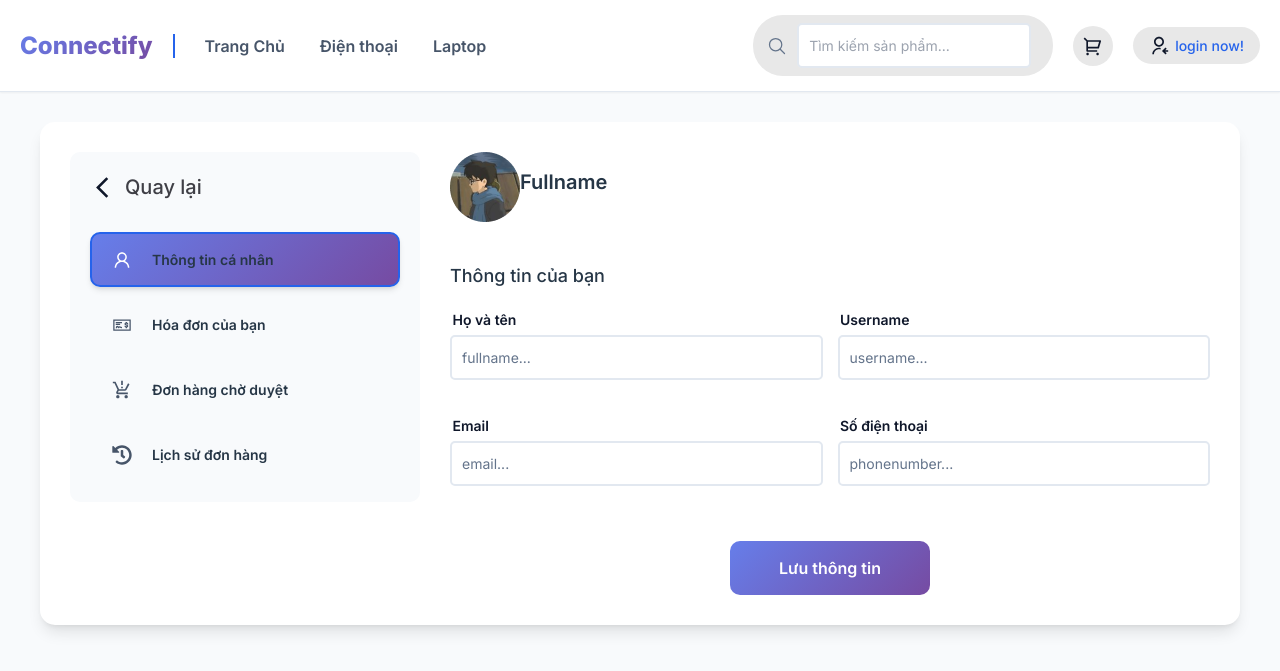
Repository: tvbacs/JavaWebProjectUI
Page: /profile
These files come from the project's save history. The page is drawn as it stood at one moment and after the next save; the edit follows.
The browser window is 1280 px wide. The pictures show the whole page.
An inner scrolling area shows only its first screen. The project was rebuilt for these pictures with package versions that can differ from the ones it lists, and the page was loaded fresh each time. Also part of the build but not shown: src/pages/Auth/Login/index.js, src/pages/HomePage/HomePage.module.scss, src/components/Item/Item.module.scss, src/components/Item/index.js, src/components/Scroll/Scroll.module.scss, src/components/Scroll/index.js, src/pages/HomePage/index.js, src/pages/LaptopPage/LaptopPage.module.scss and 46 more.

Above is the page before, as saved 2025-05-25 06:16:52.

### src/Globals/GlobalStyles/GlobalStyles.scss
@import 'normalize.css';
@import url('https://fonts.googleapis.com/css2?family=Inter:wght@300;400;500;600;700;800&display=swap');

:root{
    // User Theme Colors
    --primary: #2563eb;
    --primary-dark: #1d4ed8;
    --primary-light: #3b82f6;
    --secondary: #64748b;
    --accent: #f59e0b;
    --success: #10b981;
    --warning: #f59e0b;
    --error: #ef4444;

    // Background Colors
    --bg-primary: #ffffff;
    --bg-secondary: #f8fafc;
    --bg-tertiary: #f1f5f9;
    --bg-gradient: linear-gradient(135deg, #667eea 0%, #764ba2 100%);
    --bg-gradient-light: linear-gradient(135deg, #f8fafc 0%, #e2e8f0 100%);

    // Text Colors
    --text-primary: #0f172a;
    --text-secondary: #475569;
    --text-tertiary: #64748b;
    --text-light: #94a3b8;

    // Border Colors
    --border-primary: #e2e8f0;
    --border-secondary: #cbd5e1;
    --border-focus: #3b82f6;

    // Shadow
    --shadow-sm: 0 1px 2px 0 rgb(0 0 0 / 0.05);
    --shadow-md: 0 4px 6px -1px rgb(0 0 0 / 0.1), 0 2px 4px -2px rgb(0 0 0 / 0.1);
    --shadow-lg: 0 10px 15px -3px rgb(0 0 0 / 0.1), 0 4px 6px -4px rgb(0 0 0 / 0.1);
    --shadow-xl: 0 20px 25px -5px rgb(0 0 0 / 0.1), 0 8px 10px -6px rgb(0 0 0 / 0.1);

    // Spacing
    --spacing-xs: 0.25rem;
    --spacing-sm: 0.5rem;
    --spacing-md: 1rem;
    --spacing-lg: 1.5rem;
    --spacing-xl: 2rem;
    --spacing-2xl: 3rem;

    // Border Radius
    --radius-sm: 0.375rem;
    --radius-md: 0.5rem;
    --radius-lg: 0.75rem;
    --radius-xl: 1rem;
    --radius-2xl: 1.5rem;

    // Legacy (for backward compatibility)
    --bgc: #F6F6F8;
    --gray50: #64748b;
    --gray85: #475569;
}
*{
    box-sizing: border-box;
}

html{
    font-size: 62.5%;
    scroll-behavior: smooth;
}

body{
    font-family: 'Inter', -apple-system, BlinkMacSystemFont, 'Segoe UI', sans-serif;
    font-size: 1.6rem;
    line-height: 1.6;
    color: var(--text-primary);
    background-color: var(--bg-secondary);
    text-rendering: optimizeLegibility;
    -webkit-font-smoothing: antialiased;
    -moz-osx-font-smoothing: grayscale;
}
@tailwind base;
@tailwind components;
@tailwind utilities;
// Modern Mixins
@mixin input(){
    border: 2px solid var(--border-primary);
    outline: none;
    background-color: var(--bg-primary);
    border-radius: var(--radius-md);
    padding: var(--spacing-md);
    font-size: 1.4rem;
    transition: all 0.2s ease;

    &:focus {
        border-color: var(--border-focus);
        box-shadow: 0 0 0 3px rgb(59 130 246 / 0.1);
    }
}

@mixin flex-center(){
    display: flex;
    justify-content: center;
    align-items: center;
}

@mixin button(){
    border: none;
    outline: none;
    cursor: pointer;
    border-radius: var(--radius-md);
    padding: var(--spacing-md) var(--spacing-lg);
    font-weight: 500;
    transition: all 0.2s ease;

    &:hover {
        transform: translateY(-1px);
    }

    &:active {
        transform: translateY(0);
    }
}

@mixin button-primary(){
    @include button();
    background: var(--primary);
    color: white;

    &:hover {
        background: var(--primary-dark);
        box-shadow: var(--shadow-md);
    }
}

@mixin button-secondary(){
    @include button();
    background: var(--bg-primary);
    color: var(--text-primary);
    border: 2px solid var(--border-primary);

    &:hover {
        border-color: var(--primary);
        color: var(--primary);
    }
}

@mixin card(){
    background: var(--bg-primary);
    border-radius: var(--radius-xl);
    box-shadow: var(--shadow-md);
    border: 1px solid var(--border-primary);
    transition: all 0.3s ease;

    &:hover {
        box-shadow: var(--shadow-lg);
        transform: translateY(-2px);
    }
}

@mixin a(){
    text-decoration: none;
    color: var(--text-primary);
    transition: color 0.2s ease;

    &:hover {
        color: var(--primary);
    }
}

### src/pages/Auth/Auth.module.scss
.wrapper{
    width: 100vw;
    height: 100vh;
    background: var(--bg-gradient);
    display: flex;
    justify-content: center;
    align-items: center;
    padding: var(--spacing-xl);
    position: relative;

    &::before {
        content: '';
        position: absolute;
        top: 0;
        left: 0;
        right: 0;
        bottom: 0;
        background: radial-gradient(circle at 20% 80%, rgba(120, 119, 198, 0.3) 0%, transparent 50%),
                    radial-gradient(circle at 80% 20%, rgba(255, 255, 255, 0.15) 0%, transparent 50%);
        pointer-events: none;
    }
}

.content{
    width: 450px;
    max-width: 100%;
    background: var(--bg-primary);
    border-radius: var(--radius-2xl);
    padding: var(--spacing-2xl);
    box-shadow: var(--shadow-xl);
    backdrop-filter: blur(20px);
    border: 1px solid rgba(255, 255, 255, 0.2);
    position: relative;
    z-index: 1;

    > h1{
        font-size: 3.2rem;
        font-weight: 800;
        color: var(--text-primary);
        text-align: center;
        margin-bottom: var(--spacing-sm);
        background: var(--bg-gradient);
        -webkit-background-clip: text;
        -webkit-text-fill-color: transparent;
        background-clip: text;
    }

    > span{
        font-size: 1.6rem;
        color: var(--text-secondary);
        margin-bottom: var(--spacing-2xl);
        display: block;
        text-align: center;
        line-height: 1.6;
        font-weight: 400;
    }
}

form{
    width: 100%;
    display: flex;
    flex-direction: column;
    gap: var(--spacing-lg);
}

.form-group{
    display: flex;
    align-items: center;
    border-radius: var(--radius-xl);
    border: 2px solid var(--border-primary);
    padding: var(--spacing-sm);
    background: var(--bg-secondary);
    transition: all 0.3s ease;

    &:focus-within {
        border-color: var(--primary);
        background: var(--bg-primary);
        box-shadow: 0 0 0 3px rgba(37, 99, 235, 0.1);
        transform: translateY(-1px);
    }

    &-icon{
        width: 45px;
        height: 45px;
        border-radius: var(--radius-lg);
        background: var(--bg-gradient);
        display: flex;
        justify-content: center;
        align-items: center;
        color: white;
        margin-right: var(--spacing-md);
        font-size: 1.8rem;
    }
}

.form-input{
    border: none;
    outline: none;
    background: transparent;
    flex: 1;
    padding: var(--spacing-md) var(--spacing-sm);
    font-size: 1.6rem;
    color: var(--text-primary);

    &::placeholder {
        color: var(--text-tertiary);
        font-weight: 400;
    }
}

.btn-submit{
    border: none;
    outline: none;
    cursor: pointer;
    width: 100%;
    height: 55px;
    font-size: 1.6rem;
    font-weight: 600;
    margin-top: var(--spacing-md);
    border-radius: var(--radius-xl);
    background: var(--bg-gradient);
    color: white;
    position: relative;
    overflow: hidden;
    transition: all 0.3s ease;

    &::before {
        content: '';
        position: absolute;
        top: 0;
        left: -100%;
        width: 100%;
        height: 100%;
        background: linear-gradient(90deg, transparent, rgba(255,255,255,0.2), transparent);
        transition: left 0.5s;
    }

    &:hover::before {
        left: 100%;
    }

    &:hover {
        transform: translateY(-2px);
        box-shadow: 0 10px 25px rgba(37, 99, 235, 0.3);
    }
}

.btn-switch{
    display: block;
    text-align: center;
    margin: var(--spacing-xl) auto 0;
    font-size: 1.6rem;
    font-weight: 500;
    color: var(--text-secondary);
    text-decoration: none;
    transition: all 0.3s ease;
    padding: var(--spacing-sm);
    border-radius: var(--radius-md);

    &:hover{
        color: var(--primary);
        background: rgba(37, 99, 235, 0.05);
        transform: translateY(-1px);
    }
}

// Responsive design
@media (max-width: 768px) {
    .wrapper {
        padding: var(--spacing-md);
    }

    .content {
        width: 100%;
        padding: var(--spacing-xl);

        > h1 {
            font-size: 2.8rem;
        }

        > span {
            font-size: 1.4rem;
        }
    }

    .form-group {
        padding: var(--spacing-xs);

        &-icon {
            width: 40px;
            height: 40px;
            font-size: 1.6rem;
        }
    }

    .form-input {
        font-size: 1.4rem;
        padding: var(--spacing-sm);
    }

    .btn-submit {
        height: 50px;
        font-size: 1.4rem;
    }
}

### src/layout/OnlyHeaderLayout/OnlyHeaderLayout.module.scss

.wrapper{
    background: var(--bg-secondary);
    min-height: 100vh;
    display: flex;
    flex-direction: column;
}

.content{
    flex: 1;
    padding: 0 var(--spacing-xl) var(--spacing-xl);
    overflow-y: auto;
    scroll-behavior: smooth;

    &::-webkit-scrollbar{
        display: none;
    }

    // Firefox
    scrollbar-width: none;
}

.body{
    flex: 1;
    display: flex;
    flex-direction: column;
    overflow-y: auto;
    padding-top: var(--spacing-md);

    &::-webkit-scrollbar{
        display: none;
    }

    // Firefox
    scrollbar-width: none;
}

// Responsive design
@media (max-width: 768px) {
    .content {
        padding: 0 var(--spacing-md) var(--spacing-md);
    }
}

### src/components/Header/Header.module.scss
@import  "../../Globals/GlobalStyles/GlobalStyles.scss";

.wrapper{
    padding: var(--spacing-lg) var(--spacing-xl);
    background: var(--bg-primary);
    border-bottom: 1px solid var(--border-primary);
    box-shadow: var(--shadow-sm);
    position: sticky;
    top: 0;
    z-index: 100;
    backdrop-filter: blur(10px);
}

.logo{
    color: var(--primary);
    font-size: 2.4rem;
    font-weight: 800;
    font-family: 'Inter', sans-serif;
    background: var(--bg-gradient);
    -webkit-background-clip: text;
    -webkit-text-fill-color: transparent;
    background-clip: text;
    cursor: pointer;
    transition: all 0.3s ease;

    &:hover {
        transform: scale(1.05);
    }
}

.nav{
    padding-left: var(--spacing-xl);
    margin-left: var(--spacing-xl);
    border-left: 2px solid var(--primary);
    display: flex;
    align-items: center;
    gap: var(--spacing-lg);

    &-item{
        font-size: 1.6rem;
        font-weight: 600;
        cursor: pointer;
        color: var(--text-secondary);
        transition: all 0.3s ease;

        &:hover {
            color: var(--primary);
            transform: translateY(-1px);
        }
    }
}

.nav-link {
    position: relative;
    padding: var(--spacing-sm) var(--spacing-md);
    border-radius: var(--radius-lg);
    transition: all 0.3s ease;
    text-decoration: none;
    color: inherit;

    &:hover {
        background: rgba(37, 99, 235, 0.1);
        color: var(--primary);
    }

    &.active {
        background: var(--bg-gradient);
        color: white;
        box-shadow: var(--shadow-md);

        &::before {
            display: none;
        }
    }
}

.search{
    min-width: 300px;
    max-width: 350px;
    border-radius: 30px;
    padding:8px 14px;
    background-color: #E8E8E8;
    &-icon{
        font-size: 20px;
        color:var(--gray50);
    }
    &-input{
        @include input();
        font-size: 14px;
        color:var(--primary);
        margin-left: 10px;
    }
}
.cart{
    width: 40px;
    height: 40px;
    border-radius: 50%;
    background-color: #E8E8E8;
    padding:5px;
    @include flex-center();
    margin:0 20px;
    cursor:pointer;
}
.cart:hover{
    box-shadow: 0 0 2px rgba(0,0,0,0.5);
}

.btn-login{
    display:flex;
    align-items: center;
    padding:8px 16px;
    background-color: #E8E8E8;
    border-radius: 20px;

}
.btn-menu{
  width: 40px;
  height: 40px;
  border-radius: 50%;
      background-color: #E8E8E8;
  @include flex-center;
}
.btn-login:hover{
        box-shadow: 0 0 2px rgba(0,0,0,0.5);

}
.btn-login-title {
    color:var(--primary);
    font-weight: 500;
}

@media screen and (max-width: 639px) {
  .wrapper{
    padding:10px;
  }
  .logo{
    font-size: 20px;
  }
  .search{
    min-width: 170px;
  }
  .cart{
    margin:0 5px;
  }
  .btn-login{
    display:none;
  }
  .search-input{
    font-size: 10px;
  }
  .avt-auth{
    display:none;
  }
}

.user-menu {
  display: flex;
  align-items: center;
  gap: 12px;
}

.admin-link {
  background: linear-gradient(135deg, #667eea 0%, #764ba2 100%);
  color: white;
  padding: 6px 12px;
  border-radius: 20px;
  text-decoration: none;
  font-size: 12px;
  font-weight: 600;
  transition: all 0.3s ease;

  &:hover {
    transform: translateY(-1px);
    box-shadow: 0 4px 12px rgba(102, 126, 234, 0.3);
  }
}

@media screen and (min-width: 640px) and (max-width: 1023px) {
  .btn-menu{
    margin-left: 20px;
  }
}

### src/components/Footer/Footer.module.scss
@import url('https://fonts.googleapis.com/css2?family=Roboto&display=swap');
.wrapper{
    width: 100%;
    padding:20px 30px;
    background-color: var(--primary);
}
.content{
    width: 100%;
    height:100%;
    display: flex;
    align-items: start;
    justify-content: space-between;
    flex-wrap: wrap;
}
.list{
    list-style-type: none;
    .title-small{
        color:white;
        font-size: 16px;
        font-weight:500;
    }
}

.title{
    color:white;
    font-weight: 900;
    font-size: 26px !important;
}
.item{
    color:white;
  font-family: 'Roboto', sans-serif;
    font-weight:100;
    cursor:pointer;
}
.item:hover{
    border-bottom: 1px solid white;
}
.input{
    width: 100%;
    border-radius: 20px;
    background-color: white;
    padding:6px 12px;
    margin:10px 0;
    display:flex;
    align-items: center;

    input{
        font-size: 14px;
        flex:1;
        outline: none;
        padding-left: 6px;
    }
    span{
    font-size: 14px;
    font-weight: 600;
    cursor:pointer;
    }
}
.social{
    width: 36px;
    height: 26px;
    border-radius: 4px;
    background-color: white;
    display:flex;
    justify-content: center;
    align-items: center;
    margin-right: 10px;
    cursor:pointer;
}
.icon-fb{
    color:blue;
    font-size: 20px;
}
.icon-tiktok{
    font-size: 20px;
}

Loaded but not shown: public/index.html (common file); tailwind.config.js (common file); src/pages/Profile/index.js (283 lines, source omitted); src/components/Header/index.js (144 lines, source omitted); src/utils/formatPrice.js (88 lines, source omitted); src/App.js (101 lines, source omitted); src/routes/index.js (50 lines, source omitted); src/services/authService.js (92 lines, source omitted); src/services/electronicService.js (61 lines, source omitted); src/services/invoiceService.js (57 lines, source omitted); src/contexts/UserContext.js (29 lines, source omitted); src/layout/OnlyHeaderLayout/index.js (22 lines, source omitted); src/utils/request.js (21 lines, source omitted); src/index.js (17 lines, source omitted); src/Globals/GlobalStyles/index.js (8 lines, source omitted); src/pages/Profile/Profile.module.scss (419 lines, source omitted)

After the next save:
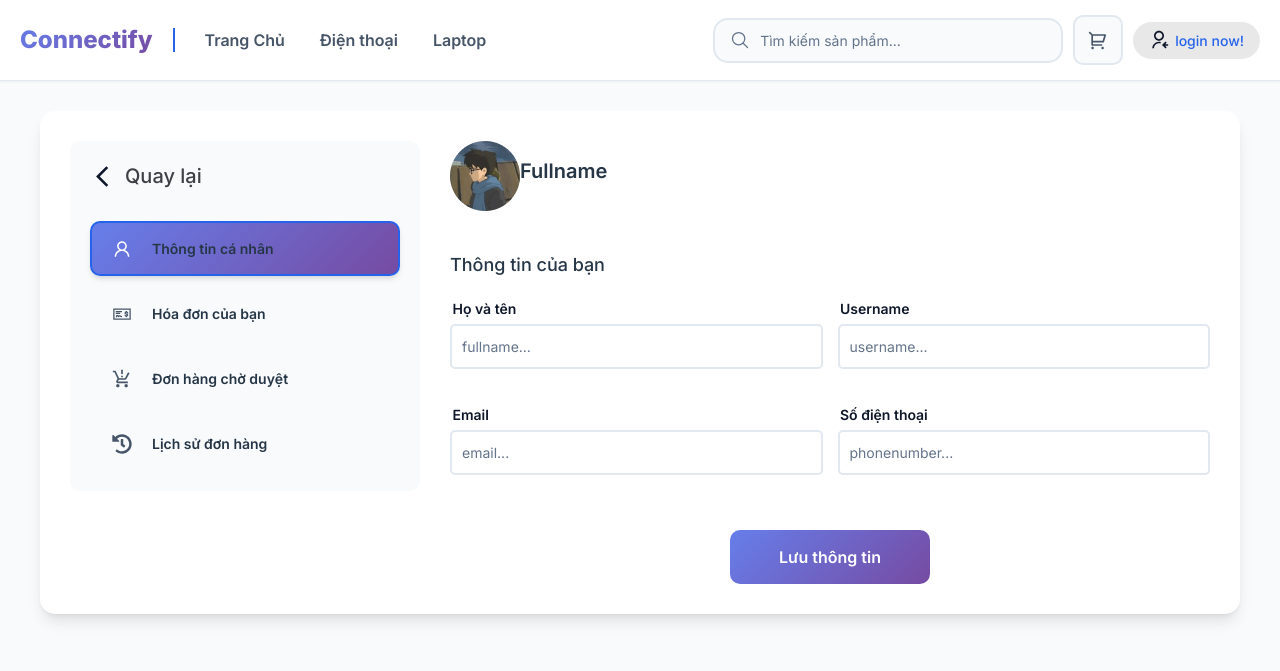
Saved 24 s later.
--- a/src/components/Header/Header.module.scss
+++ b/src/components/Header/Header.module.scss
@@ -75,34 +75,102 @@
 }
 
 .search{
-    min-width: 300px;
-    max-width: 350px;
-    border-radius: 30px;
-    padding:8px 14px;
-    background-color: #E8E8E8;
+    min-width: 350px;
+    max-width: 450px;
+    border-radius: var(--radius-2xl);
+    padding: var(--spacing-md) var(--spacing-lg);
+    background: var(--bg-secondary);
+    border: 2px solid var(--border-primary);
+    display: flex;
+    align-items: center;
+    gap: var(--spacing-md);
+    transition: all 0.3s ease;
+
+    &:focus-within {
+        border-color: var(--primary);
+        background: var(--bg-primary);
+        box-shadow: 0 0 0 3px rgba(37, 99, 235, 0.1);
+        transform: translateY(-1px);
+    }
+
     &-icon{
-        font-size: 20px;
-        color:var(--gray50);
-    }
+        font-size: 2rem;
+        color: var(--text-tertiary);
+        transition: color 0.3s ease;
+    }
+
+    &:focus-within &-icon {
+        color: var(--primary);
+    }
+
     &-input{
-        @include input();
-        font-size: 14px;
-        color:var(--primary);
-        margin-left: 10px;
-    }
-}
+        border: none;
+        outline: none;
+        background: transparent;
+        flex: 1;
+        font-size: 1.4rem;
+        color: var(--text-primary);
+
+        &::placeholder {
+            color: var(--text-tertiary);
+        }
+    }
+}
+
 .cart{
-    width: 40px;
-    height: 40px;
-    border-radius: 50%;
-    background-color: #E8E8E8;
-    padding:5px;
-    @include flex-center();
-    margin:0 20px;
-    cursor:pointer;
-}
-.cart:hover{
-    box-shadow: 0 0 2px rgba(0,0,0,0.5);
+    width: 50px;
+    height: 50px;
+    border-radius: var(--radius-xl);
+    background: var(--bg-secondary);
+    border: 2px solid var(--border-primary);
+    display: flex;
+    justify-content: center;
+    align-items: center;
+    margin: 0 var(--spacing-md);
+    cursor: pointer;
+    transition: all 0.3s ease;
+    position: relative;
+
+    svg {
+        font-size: 2rem;
+        color: var(--text-secondary);
+        transition: color 0.3s ease;
+    }
+
+    &:hover {
+        background: var(--primary);
+        border-color: var(--primary);
+        transform: translateY(-2px);
+        box-shadow: var(--shadow-md);
+
+        svg {
+            color: white;
+        }
+    }
+
+    // Cart badge
+    &::after {
+        content: attr(data-count);
+        position: absolute;
+        top: -8px;
+        right: -8px;
+        background: var(--error);
+        color: white;
+        border-radius: 50%;
+        width: 20px;
+        height: 20px;
+        font-size: 1.2rem;
+        font-weight: 600;
+        display: flex;
+        align-items: center;
+        justify-content: center;
+        transform: scale(0);
+        transition: transform 0.3s ease;
+    }
+
+    &[data-count]:not([data-count="0"])::after {
+        transform: scale(1);
+    }
 }
 
 .btn-login{
